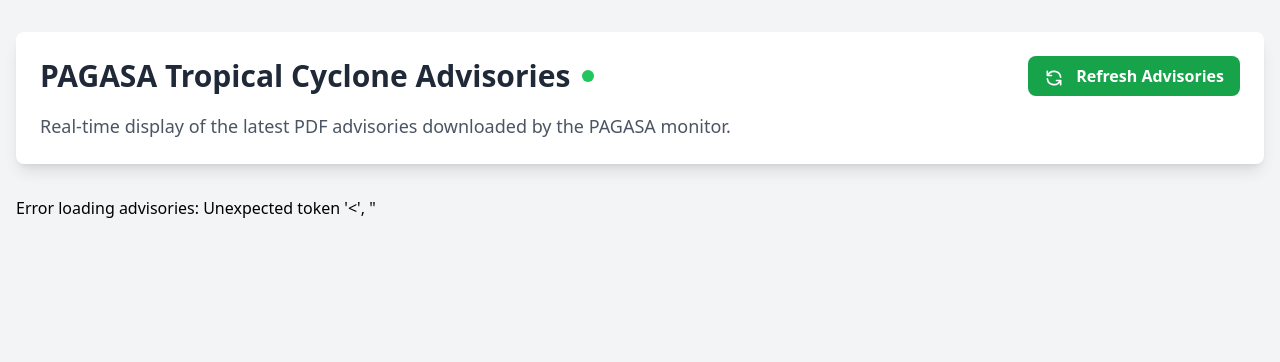
Repository: JetSpy-404/Heat-Mapping-For-Disaster-Risk-Prone-Areas
Page: pdf_viewer.html
These files come from the project's save history. The page is drawn as it stood at one moment and after the next save; the edit follows.
The browser window is 1280 px wide. The pictures show the whole page.
Some web libraries are served in a nearby version.

Above is the page before, as saved 2025-11-09 15:20:37.

### pdf_viewer.html
<!DOCTYPE html>
<html lang="en">
<head>
    <meta charset="UTF-8">
    <meta name="viewport" content="width=device-width, initial-scale=1.0">
    <title>PAGASA Advisories Viewer</title>
    <script src="https://cdn.tailwindcss.com"></script>
</head>
<body class="bg-gray-100 min-h-screen py-8 px-4">
    <div class="max-w-7xl mx-auto">
        <!-- Header Section -->
        <div class="bg-white rounded-lg shadow-lg p-6 mb-8">
            <div class="flex items-center justify-between mb-4">
                <h1 class="text-3xl font-bold text-gray-800 flex items-center">
                    PAGASA Tropical Cyclone Advisories
                    <span class="status-indicator ml-3 w-3 h-3 bg-green-500 rounded-full" id="status-indicator"></span>
                </h1>
                <button class="bg-green-600 hover:bg-green-700 text-white font-semibold py-2 px-4 rounded-lg transition duration-200 refresh-btn" onclick="refreshPDFs()">
                    <svg class="w-5 h-5 inline mr-2" fill="none" stroke="currentColor" viewBox="0 0 24 24">
                        <path stroke-linecap="round" stroke-linejoin="round" stroke-width="2" d="M4 4v5h.582m15.356 2A8.001 8.001 0 004.582 9m0 0H9m11 11v-5h-.581m0 0a8.003 8.003 0 01-15.357-2m15.357 2H15"></path>
                    </svg>
                    Refresh Advisories
                </button>
            </div>
            <p class="text-gray-600 text-lg">Real-time display of the latest PDF advisories downloaded by the PAGASA monitor.</p>
            <div class="loading hidden text-center py-4 text-gray-500 font-medium" id="loading">
                <svg class="animate-spin w-6 h-6 inline mr-2" fill="none" viewBox="0 0 24 24">
                    <circle class="opacity-25" cx="12" cy="12" r="10" stroke="currentColor" stroke-width="4"></circle>
                    <path class="opacity-75" fill="currentColor" d="M4 12a8 8 0 018-8V0C5.373 0 0 5.373 0 12h4zm2 5.291A7.962 7.962 0 014 12H0c0 3.042 1.135 5.824 3 7.938l3-2.647z"></path>
                </svg>
                Loading advisories...
            </div>
        </div>

        <!-- PDFs Container -->
        <div id="pdfs-container" class="space-y-6">
            <!-- PDFs will be loaded here dynamically -->
        </div>
    </div>

    <!-- PDF Modal -->
    <div id="pdf-modal" class="fixed inset-0 bg-black bg-opacity-50 hidden z-50">
        <div class="flex items-center justify-center min-h-screen p-4">
            <div class="bg-white rounded-lg shadow-2xl w-full max-w-6xl max-h-screen overflow-hidden">
                <div class="bg-gradient-to-r from-blue-600 to-blue-700 px-6 py-4 flex items-center justify-between">
                    <h2 id="modal-title" class="text-xl font-bold text-white">PDF Viewer</h2>
                    <button onclick="closePDFModal()" class="text-white hover:text-gray-200 transition duration-200">
                        <svg class="w-6 h-6" fill="none" stroke="currentColor" viewBox="0 0 24 24">
                            <path stroke-linecap="round" stroke-linejoin="round" stroke-width="2" d="M6 18L18 6M6 6l12 12"></path>
                        </svg>
                    </button>
                </div>
                <div class="p-6">
                    <iframe id="modal-pdf-iframe" class="w-full h-[80vh] border border-gray-200 rounded-lg" type="application/pdf"></iframe>
                </div>
            </div>
        </div>
    </div>

    <script>
        let lastUpdate = null;

        // Load PDFs on page load
        document.addEventListener('DOMContentLoaded', function() {
            loadPDFs();
            // Auto-refresh every 5 minutes
            setInterval(loadPDFs, 5 * 60 * 1000);
        });

        async function loadPDFs() {
            const loading = document.getElementById('loading');
            const statusIndicator = document.getElementById('status-indicator');
            const container = document.getElementById('pdfs-container');

            loading.style.display = 'block';
            statusIndicator.classList.add('updating');

            try {
                const response = await fetch('list_pdfs.php');
                if (!response.ok) {
                    throw new Error(`HTTP ${response.status}: ${response.statusText}`);
                }

                const pdfs = await response.json();
                console.log('Loaded PDFs:', pdfs);

                if (pdfs.error) {
                    throw new Error(pdfs.error);
                }

                // Always display PDFs for now (remove update check to force refresh)
                displayPDFs(pdfs);
                lastUpdate = pdfs.length > 0 ? pdfs[0].modified : null;

            } catch (error) {
                console.error('Error loading PDFs:', error);
                container.innerHTML = `<div class="no-pdfs">Error loading advisories: ${error.message}. Please check if PHP is running and try again.</div>`;
            } finally {
                loading.style.display = 'none';
                statusIndicator.classList.remove('updating');
            }
        }

        function displayPDFs(pdfs) {
            const container = document.getElementById('pdfs-container');

            if (pdfs.length === 0) {
                container.innerHTML = `
                    <div class="bg-white rounded-lg shadow-lg p-8 text-center">
                        <svg class="w-16 h-16 mx-auto text-gray-400 mb-4" fill="none" stroke="currentColor" viewBox="0 0 24 24">
                            <path stroke-linecap="round" stroke-linejoin="round" stroke-width="2" d="M9 12h6m-6 4h6m2 5H7a2 2 0 01-2-2V5a2 2 0 012-2h5.586a1 1 0 01.707.293l5.414 5.414a1 1 0 01.293.707V19a2 2 0 01-2 2z"></path>
                        </svg>
                        <h3 class="text-xl font-semibold text-gray-700 mb-2">No PDF Advisories Found</h3>
                        <p class="text-gray-500">The monitor may still be downloading files. Please check back later.</p>
                    </div>
                `;
                return;
            }

            let html = '';
            pdfs.forEach(pdf => {
                const fileSizeMB = (pdf.size / (1024 * 1024)).toFixed(2);
                html += `
                    <div class="bg-white rounded-lg shadow-lg overflow-hidden">
                        <div class="bg-gradient-to-r from-blue-600 to-blue-700 px-6 py-4">
                            <div class="flex items-center justify-between">
                                <h2 class="text-xl font-bold text-white">
                                    ${formatPDFTitle(pdf.filename)}
                                </h2>
                                <div class="flex items-center space-x-4">
                                    <div class="text-blue-100 text-sm">
                                        <div class="flex items-center">
                                            <svg class="w-4 h-4 mr-1" fill="none" stroke="currentColor" viewBox="0 0 24 24">
                                                <path stroke-linecap="round" stroke-linejoin="round" stroke-width="2" d="M12 8v4l3 3m6-3a9 9 0 11-18 0 9 9 0 0118 0z"></path>
                                            </svg>
                                            Updated: ${pdf.modified}
                                        </div>
                                        <div class="flex items-center mt-1">
                                            <svg class="w-4 h-4 mr-1" fill="none" stroke="currentColor" viewBox="0 0 24 24">
                                                <path stroke-linecap="round" stroke-linejoin="round" stroke-width="2" d="M7 4V2a1 1 0 011-1h8a1 1 0 011 1v2m-9 0h10m-9 0V1m10 3V1m0 3l1 1v16a2 2 0 01-2 2H6a2 2 0 01-2-2V5l1-1z"></path>
                                            </svg>
                                            Size: ${fileSizeMB} MB
                                        </div>
                                    </div>
                                    <button onclick="viewFullPDF('${pdf.path}', '${formatPDFTitle(pdf.filename)}')" class="bg-blue-500 text-white hover:bg-blue-600 font-semibold py-2 px-4 rounded-lg transition duration-200 flex items-center mr-2">
                                        <svg class="w-4 h-4 mr-2" fill="none" stroke="currentColor" viewBox="0 0 24 24">
                                            <path stroke-linecap="round" stroke-linejoin="round" stroke-width="2" d="M15 12a3 3 0 11-6 0 3 3 0 016 0z"></path>
                                            <path stroke-linecap="round" stroke-linejoin="round" stroke-width="2" d="M2.458 12C3.732 7.943 7.523 5 12 5c4.478 0 8.268 2.943 9.542 7-1.274 4.057-5.064 7-9.542 7-4.477 0-8.268-2.943-9.542-7z"></path>
                                        </svg>
                                        View Full PDF
                                    </button>
                                    <a href="${pdf.path}" target="_blank" class="bg-white text-blue-600 hover:bg-blue-50 font-semibold py-2 px-4 rounded-lg transition duration-200 flex items-center">
                                        <svg class="w-4 h-4 mr-2" fill="none" stroke="currentColor" viewBox="0 0 24 24">
                                            <path stroke-linecap="round" stroke-linejoin="round" stroke-width="2" d="M12 10v6m0 0l-3-3m3 3l3-3m2 8H7a2 2 0 01-2-2V5a2 2 0 012-2h5.586a1 1 0 01.707.293l5.414 5.414a1 1 0 01.293.707V19a2 2 0 01-2 2z"></path>
                                        </svg>
                                        Download
                                    </a>
                                </div>
                            </div>
                        </div>
                        <div class="p-6">
                            <iframe src="${pdf.path}" class="w-full h-96 border border-gray-200 rounded-lg" type="application/pdf"></iframe>
                        </div>
                    </div>
                `;
            });

            container.innerHTML = html;
        }

        function formatPDFTitle(filename) {
            // Convert filename to readable title
            return filename
                .replace('.pdf', '')
                .replace(/_/g, ' ')
                .replace(/\b\w/g, l => l.toUpperCase());
        }

        function viewFullPDF(pdfPath, title) {
            const modal = document.getElementById('pdf-modal');
            const modalTitle = document.getElementById('modal-title');
            const modalIframe = document.getElementById('modal-pdf-iframe');

            modalTitle.textContent = title;
            modalIframe.src = pdfPath;
            modal.classList.remove('hidden');

            // Prevent body scroll when modal is open
            document.body.style.overflow = 'hidden';
        }

        function closePDFModal() {
            const modal = document.getElementById('pdf-modal');
            const modalIframe = document.getElementById('modal-pdf-iframe');

            modal.classList.add('hidden');
            modalIframe.src = '';

            // Restore body scroll
            document.body.style.overflow = 'auto';
        }

        function refreshPDFs() {
            loadPDFs();
        }

        // Manual refresh function exposed globally
        window.refreshPDFs = refreshPDFs;

        // Close modal when clicking outside
        document.getElementById('pdf-modal').addEventListener('click', function(e) {
            if (e.target === this) {
                closePDFModal();
            }
        });

        // Close modal with Escape key
        document.addEventListener('keydown', function(e) {
            if (e.key === 'Escape') {
                closePDFModal();
            }
        });
    </script>
</body>
</html>

After the next save:
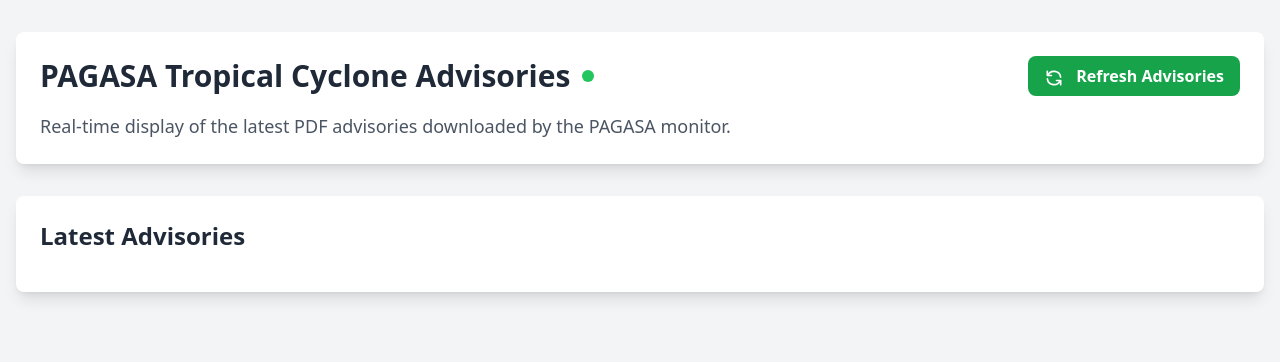
Console error: TypeError: Cannot set properties of null (setting 'innerHTML')
Saved 13 min 24 s later.
--- a/pdf_viewer.html
+++ b/pdf_viewer.html
@@ -32,9 +32,12 @@
             </div>
         </div>
 
-        <!-- PDFs Container -->
-        <div id="pdfs-container" class="space-y-6">
-            <!-- PDFs will be loaded here dynamically -->
+        <!-- Advisories List -->
+        <div id="advisories-list" class="bg-white rounded-lg shadow-lg p-6">
+            <h2 class="text-2xl font-bold text-gray-800 mb-4">Latest Advisories</h2>
+            <ul id="advisories-ul" class="space-y-4">
+                <!-- Advisories will be loaded here dynamically -->
+            </ul>
         </div>
     </div>
 

After the save that followed:
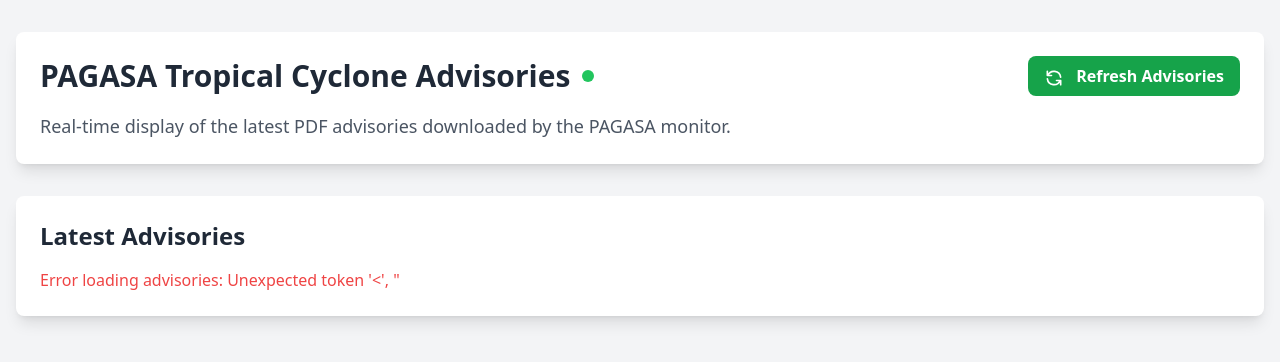
The error is gone.
Saved 23 s later.
--- a/pdf_viewer.html
+++ b/pdf_viewer.html
@@ -73,7 +73,7 @@
         async function loadPDFs() {
             const loading = document.getElementById('loading');
             const statusIndicator = document.getElementById('status-indicator');
-            const container = document.getElementById('pdfs-container');
+            const container = document.getElementById('advisories-ul');
 
             loading.style.display = 'block';
             statusIndicator.classList.add('updating');
@@ -92,12 +92,12 @@
                 }
 
                 // Always display PDFs for now (remove update check to force refresh)
-                displayPDFs(pdfs);
+                displayAdvisories(pdfs);
                 lastUpdate = pdfs.length > 0 ? pdfs[0].modified : null;
 
             } catch (error) {
                 console.error('Error loading PDFs:', error);
-                container.innerHTML = `<div class="no-pdfs">Error loading advisories: ${error.message}. Please check if PHP is running and try again.</div>`;
+                container.innerHTML = `<li class="text-red-500">Error loading advisories: ${error.message}. Please check if PHP is running and try again.</li>`;
             } finally {
                 loading.style.display = 'none';
                 statusIndicator.classList.remove('updating');
